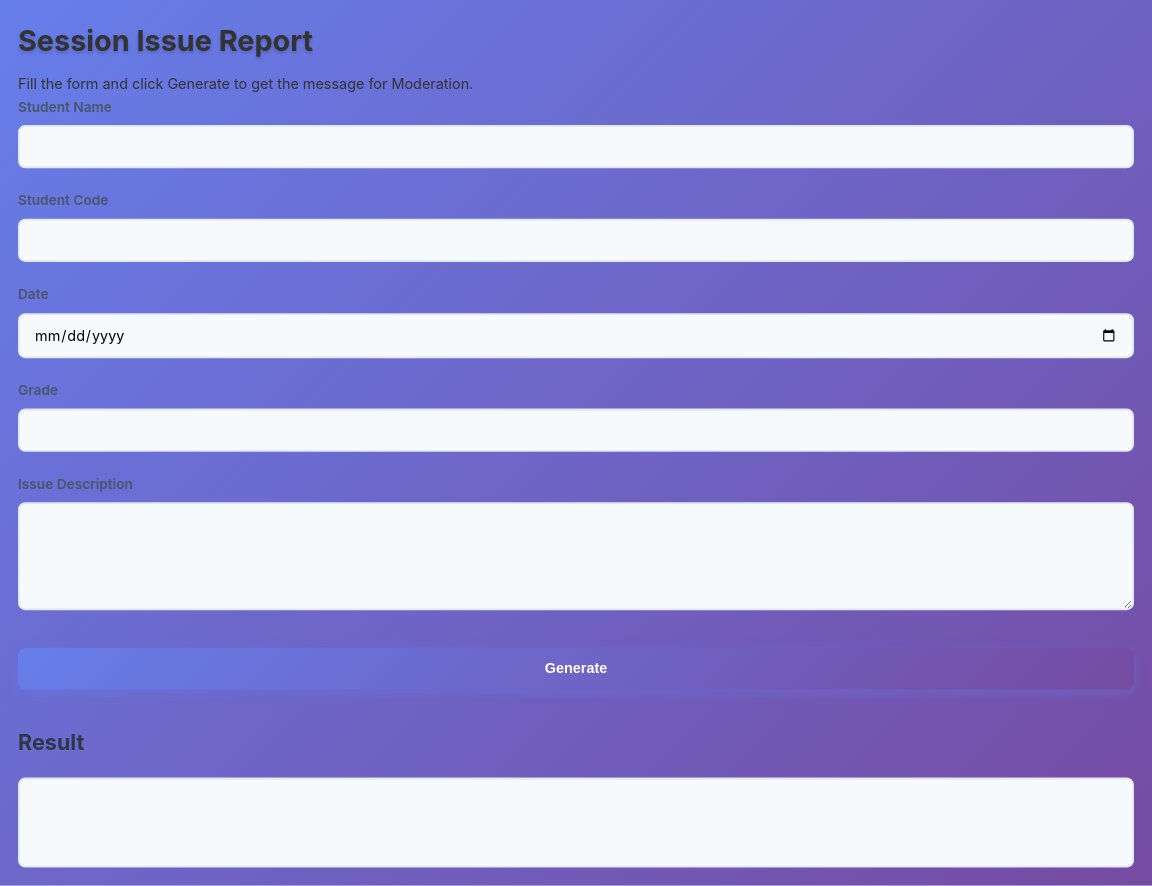
Repository: shklala/feedback-creator
Page: index.html
An editor plug-in stored every save of this project. The page is shown before and after the next save, followed by the edit.
The browser window is 1280 px wide. The pictures show the whole page, at 90% of full size.

Above is the page before, as saved 2025-11-15 18:49:42.

### index.html
<!DOCTYPE html>
<html lang="en">

<head>
    <meta charset="UTF-8" />
    <title>Session Issue Report Generator</title>
    <style>
        * {
            margin: 0;
            padding: 0;
            box-sizing: border-box;
        }

        body {
            font-family: -apple-system, BlinkMacSystemFont, 'Segoe UI', Roboto, 'Helvetica Neue', Arial, sans-serif;
            background: linear-gradient(135deg, #667eea 0%, #764ba2 100%);
            min-height: 100vh;
            padding: 20px;
            line-height: 1.6;
            color: #333;
        }

        .container {
            max-width: 700px;
            margin: 0 auto;
            background: white;
            border-radius: 16px;
            box-shadow: 0 20px 60px rgba(0, 0, 0, 0.3);
            overflow: hidden;
        }

        .header {
            background: linear-gradient(135deg, #667eea 0%, #764ba2 100%);
            color: white;
            padding: 40px 30px;
            text-align: center;
        }

        h1 {
            font-size: 2rem;
            font-weight: 700;
            margin-bottom: 10px;
            text-shadow: 0 2px 4px rgba(0, 0, 0, 0.2);
        }

        .header p {
            font-size: 1rem;
            opacity: 0.95;
            margin-top: 8px;
        }

        .content {
            padding: 40px 30px;
        }

        .field {
            margin-bottom: 24px;
        }

        label {
            display: block;
            font-weight: 600;
            margin-bottom: 8px;
            color: #4a5568;
            font-size: 0.95rem;
        }

        input,
        textarea {
            width: 100%;
            padding: 12px 16px;
            box-sizing: border-box;
            border: 2px solid #e2e8f0;
            border-radius: 8px;
            font-size: 1rem;
            font-family: inherit;
            transition: all 0.3s ease;
            background: #f7fafc;
        }

        input:focus,
        textarea:focus {
            outline: none;
            border-color: #667eea;
            background: white;
            box-shadow: 0 0 0 3px rgba(102, 126, 234, 0.1);
        }

        input:hover,
        textarea:hover {
            border-color: #cbd5e0;
        }

        textarea {
            min-height: 120px;
            resize: vertical;
        }

        button {
            width: 100%;
            padding: 14px 24px;
            background: linear-gradient(135deg, #667eea 0%, #764ba2 100%);
            color: white;
            border: none;
            border-radius: 8px;
            font-size: 1rem;
            font-weight: 600;
            cursor: pointer;
            margin-top: 10px;
            transition: all 0.3s ease;
            box-shadow: 0 4px 12px rgba(102, 126, 234, 0.4);
        }

        button:hover {
            transform: translateY(-2px);
            box-shadow: 0 6px 20px rgba(102, 126, 234, 0.5);
        }

        button:active {
            transform: translateY(0);
        }

        h2 {
            margin-top: 40px;
            margin-bottom: 16px;
            color: #2d3748;
            font-size: 1.5rem;
            font-weight: 700;
        }

        #outputBox {
            margin-top: 20px;
            border: 2px solid #e2e8f0;
            border-radius: 8px;
            padding: 20px;
            white-space: pre-wrap;
            background: #f7fafc;
            font-family: 'Courier New', monospace;
            font-size: 0.9rem;
            line-height: 1.8;
            color: #2d3748;
            min-height: 100px;
            transition: all 0.3s ease;
        }

        #outputBox:not(:empty) {
            border-color: #667eea;
            background: white;
            box-shadow: 0 0 0 3px rgba(102, 126, 234, 0.1);
        }

        @media (max-width: 768px) {
            body {
                padding: 10px;
            }

            .header {
                padding: 30px 20px;
            }

            h1 {
                font-size: 1.5rem;
            }

            .content {
                padding: 30px 20px;
            }
        }
    </style>
</head>

<body>

    <h1>Session Issue Report</h1>
    <p>Fill the form and click Generate to get the message for Moderation.</p>

    <form id="dataForm">
        <div id="questions"></div>
        <button type="submit">Generate</button>
    </form>

    <h2>Result</h2>
    <div id="outputBox"></div>

    <script>
        const templateConfig = {
            title: "Moderation Issue Report",
            fields: [
                { name: "studentName", label: "Student Name", type: "text" },
                { name: "studentCode", label: "Student Code", type: "text" },
                { name: "date", label: "Date", type: "date" },
                { name: "grade", label: "Grade", type: "text" },
                { name: "issue", label: "Issue Description", type: "textarea" }
            ],
            outputTemplate: `
      @channel
Session Issue Report

Student Name: {{studentName}}
Student Code: {{studentCode}}
Date: {{date}}
Grade: {{grade}}

Issue:
{{issue}}

Please check and resolve this issue for the session.
Thank you.
`
        };

        const questionsDiv = document.getElementById("questions");

        templateConfig.fields.forEach(field => {
            const wrapper = document.createElement("div");
            wrapper.className = "field";

            const label = document.createElement("label");
            label.textContent = field.label;
            label.setAttribute("for", field.name);

            let input;

            if (field.type === "textarea") {
                input = document.createElement("textarea");
            } else {
                input = document.createElement("input");
                input.type = field.type;
            }

            input.id = field.name;
            input.name = field.name;

            wrapper.appendChild(label);
            wrapper.appendChild(input);
            questionsDiv.appendChild(wrapper);
        });

        const form = document.getElementById("dataForm");
        const outputBox = document.getElementById("outputBox");

        form.addEventListener("submit", function (e) {
            e.preventDefault();

            const formData = new FormData(form);
            let result = templateConfig.outputTemplate;

            result = result.replace(/{{(.*?)}}/g, (match, fieldName) => {
                const value = formData.get(fieldName.trim());
                return value || "(missing)";
            });

            outputBox.textContent = result.trim();
        });
    </script>

</body>

</html>

After the next save:
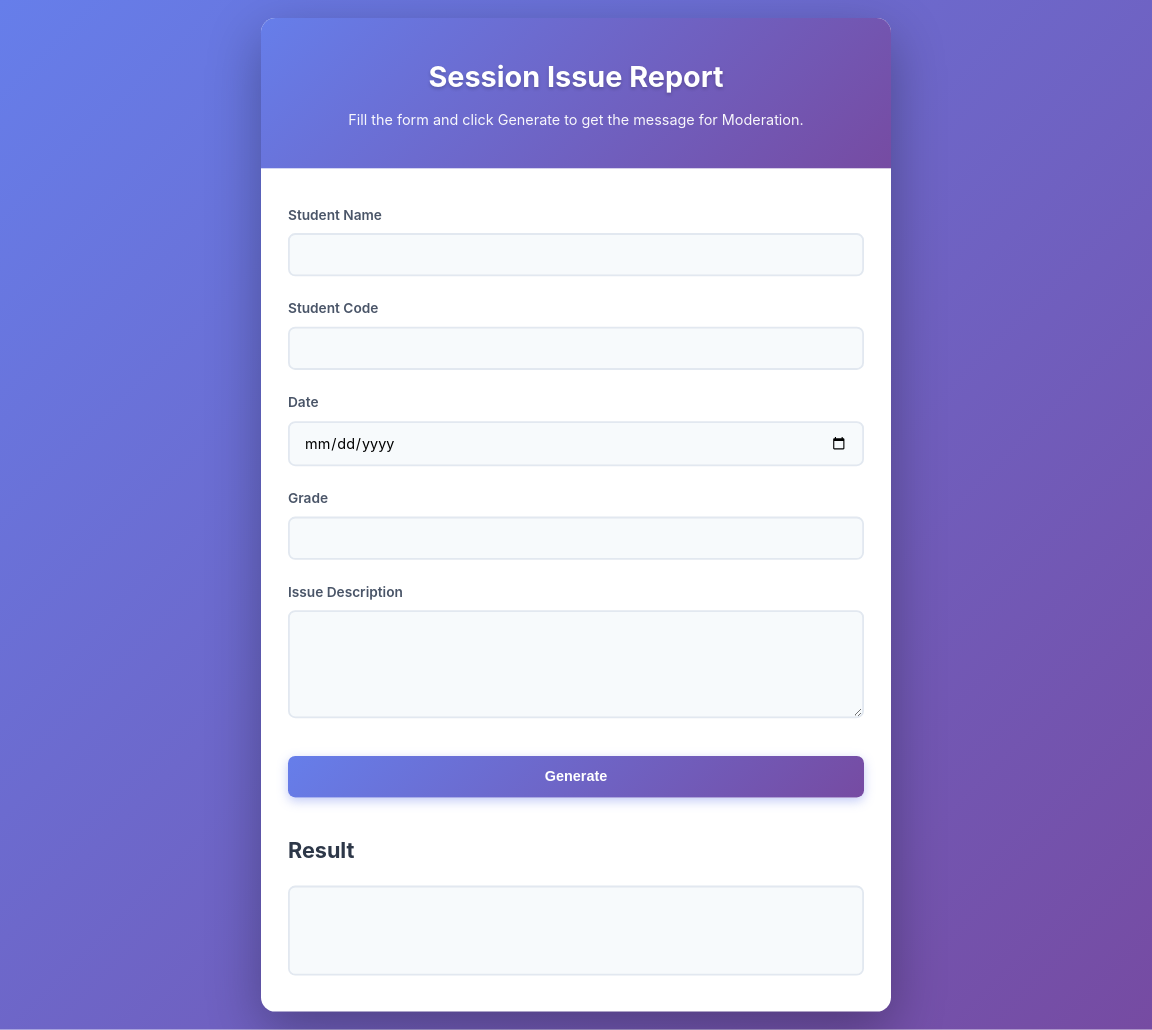
Saved 5 s later.
--- a/index.html
+++ b/index.html
@@ -170,17 +170,22 @@
 </head>
 
 <body>
-
-    <h1>Session Issue Report</h1>
-    <p>Fill the form and click Generate to get the message for Moderation.</p>
-
-    <form id="dataForm">
-        <div id="questions"></div>
-        <button type="submit">Generate</button>
-    </form>
-
-    <h2>Result</h2>
-    <div id="outputBox"></div>
+    <div class="container">
+        <div class="header">
+            <h1>Session Issue Report</h1>
+            <p>Fill the form and click Generate to get the message for Moderation.</p>
+        </div>
+
+        <div class="content">
+            <form id="dataForm">
+                <div id="questions"></div>
+                <button type="submit">Generate</button>
+            </form>
+
+            <h2>Result</h2>
+            <div id="outputBox"></div>
+        </div>
+    </div>
 
     <script>
         const templateConfig = {
